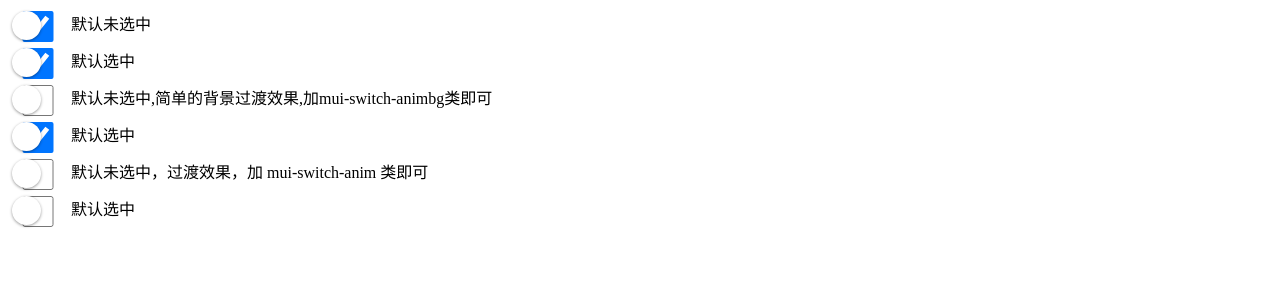
Repository: Germtao/Web
Page: web_css/css_others.html
These files come from the project's save history. The page is drawn as it stood at one moment and after the next save; the edit follows.
The browser window is 1280 px wide. The pictures show the whole page.
The first `.mui-switch` is checked.

Above is the page before, as saved 2020-11-05 15:28:08.

### web_css/css_others.html
<!DOCTYPE html>
<html lang="en">

<head>
  <meta charset="UTF-8">
  <meta name="viewport" content="width=device-width, initial-scale=1.0">
  <title>Others</title>

  <style>
    label {
      display: block;
      vertical-align: middle;
    }

    input,
    select {
      vertical-align: middle;
    }

    .mui-switch {
      width: 52px;
      height: 31px;
      position: relative;
      border: 1px solid #dfdfdf;
      background-color: #fdfdfd;
      box-shadow: #dfdfdf 0 0 0 0 inset;
      border-radius: 20px;
      border-top-left-radius: 20px;
      border-top-right-radius: 20px;
      border-bottom-left-radius: 20px;
      border-bottom-right-radius: 20px;
      background-clip: content-box;
      display: inline-block;
      user-select: none;
      outline: none;
    }

    .mui-switch::before {
      content: '';
      width: 29px;
      height: 29px;
      position: absolute;
      top: 0;
      left: 0;
      border-radius: 20px;
      border-top-left-radius: 20px;
      border-top-right-radius: 20px;
      border-bottom-left-radius: 20px;
      border-bottom-right-radius: 20px;
      background-color: #fff;
      box-shadow: 0 1px 3px rgba(0, 0, 0, 0.4);
    }
  </style>
</head>

<body>
  <label for="">
    <input class="mui-switch" type="checkbox">
    默认未选中
  </label>

  <label for="">
    <input class="mui-switch" type="checkbox" checked>
    默认选中
  </label>

  <label for="">
    <input class="mui-switch mui-switch-animbg" type="checkbox">
    默认未选中,简单的背景过渡效果,加mui-switch-animbg类即可
  </label>

  <label for="">
    <input class="mui-switch mui-switch-animbg" type="checkbox" checked>
    默认选中
  </label>

  <label for="">
    <input class="mui-switch mui-switch-anim" type="checkbox">
    默认未选中，过渡效果，加 mui-switch-anim 类即可
  </label>

  <label for="">
    <input class="mui-switch mui-switch-anim" type="checkbox">
    默认选中
  </label>
</body>

</html>

After the next save:
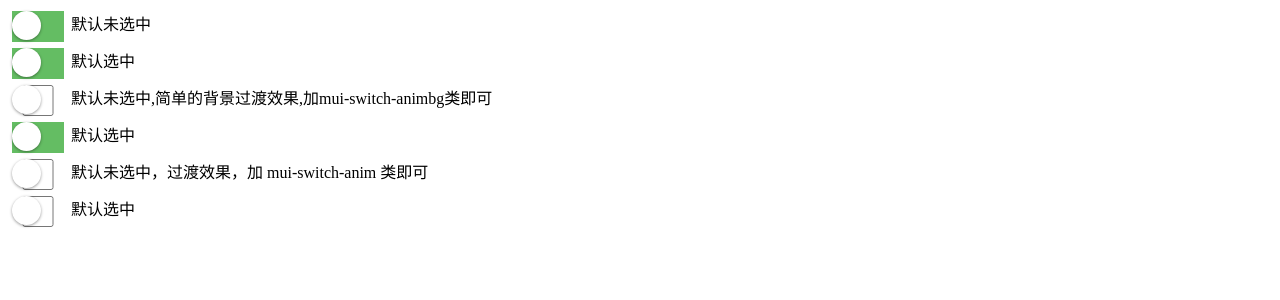
Saved 70 s later.
--- a/web_css/css_others.html
+++ b/web_css/css_others.html
@@ -50,6 +50,12 @@
       background-color: #fff;
       box-shadow: 0 1px 3px rgba(0, 0, 0, 0.4);
     }
+
+    .mui-switch:checked {
+      border-color: #64bd63;
+      box-shadow: #64bd63 0 0 0 16px inset;
+      background-color: #64bd63;
+    }
   </style>
 </head>
 
